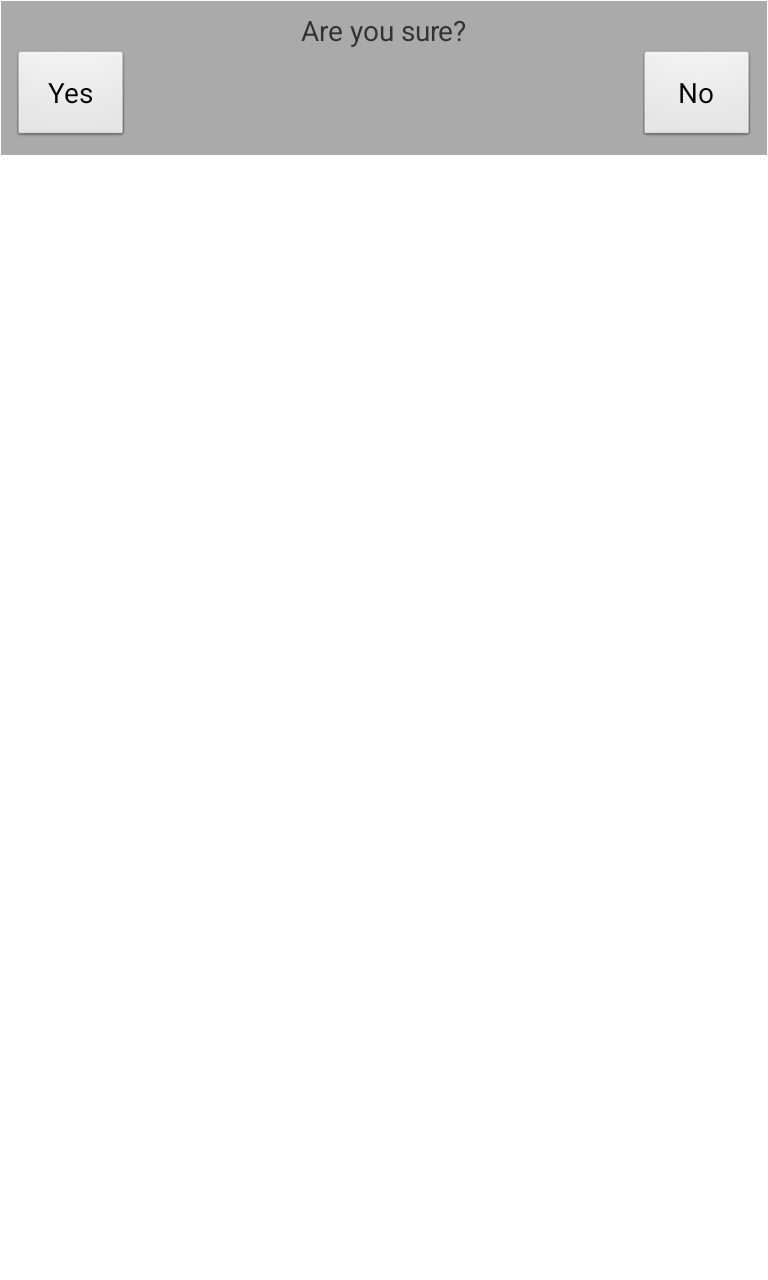
Repository: jwisch91/CS390-Project
Layout: workspace/testing/res/layout/confirmation_popup.xml
These files come from the project's save history. The layout is drawn as it stood at one moment and after the next save; the edit follows.
It is drawn on a 768 x 1280 px phone screen (xhdpi) without system bars, with theme android:Theme.Light; the app's code is not run.

Above is the layout before, as saved 2013-04-12 02:23:53.

### workspace/testing/res/layout/confirmation_popup.xml
<?xml version="1.0" encoding="utf-8"?>
<LinearLayout xmlns:android="http://schemas.android.com/apk/res/android"
    android:layout_width="140dp"
    android:layout_height="200dp"
    android:orientation="vertical"
    android:background="@android:color/background_light">
 <LinearLayout
     android:layout_width="wrap_content"
     android:layout_height="wrap_content"
     android:orientation="vertical"
     android:layout_margin=".5dp"
     android:background="@android:color/darker_gray">

    <RelativeLayout
        android:layout_width="wrap_content"
      android:layout_height="wrap_content"
      android:orientation="vertical"
      android:layout_margin="5dp">

        <Button
            android:id="@+id/reregister_yes"
            android:layout_width="60dp"
            android:layout_height="wrap_content"
            android:layout_below="@+id/reregister_top"
            android:layout_alignParentLeft="true"
            android:layout_gravity="bottom"
            android:text="Yes" />

        <Button
            android:id="@+id/reregister_no"
            android:layout_width="60dp"
            android:layout_height="wrap_content"
            android:layout_below="@+id/reregister_top"
            android:layout_alignParentRight="true"
            android:layout_gravity="bottom"
            android:text="No" />

        <TextView
            android:id="@+id/reregister_top"
            android:layout_width="wrap_content"
            android:layout_height="wrap_content"
            android:layout_alignParentTop="true"
            android:layout_centerHorizontal="true"
            android:text="Are you sure?" />

    </RelativeLayout>
</LinearLayout>
</LinearLayout>

After the next save:
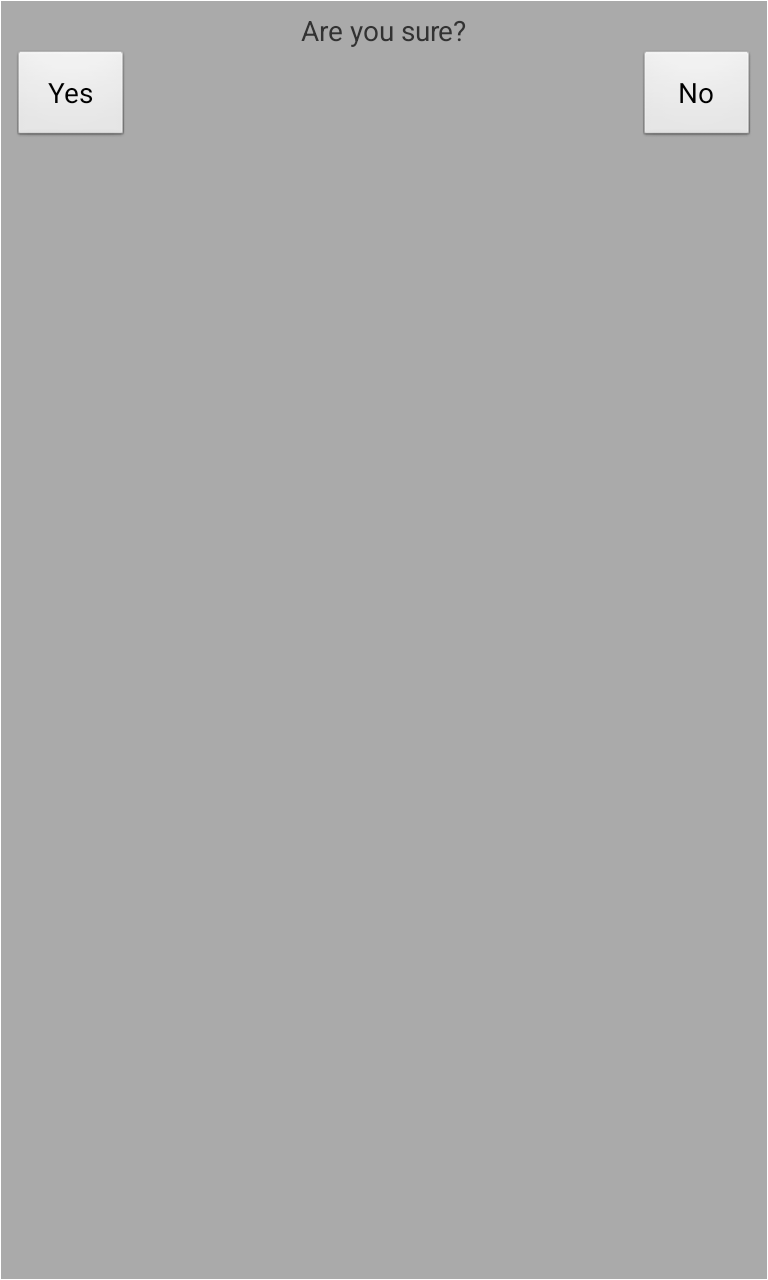
Saved 18 s later.
--- a/workspace/testing/res/layout/confirmation_popup.xml
+++ b/workspace/testing/res/layout/confirmation_popup.xml
@@ -5,14 +5,14 @@
     android:orientation="vertical"
     android:background="@android:color/background_light">
  <LinearLayout
-     android:layout_width="wrap_content"
-     android:layout_height="wrap_content"
+     android:layout_width="fill_parent"
+     android:layout_height="fill_parent"
      android:orientation="vertical"
      android:layout_margin=".5dp"
      android:background="@android:color/darker_gray">
 
     <RelativeLayout
-        android:layout_width="wrap_content"
+      android:layout_width="wrap_content"
       android:layout_height="wrap_content"
       android:orientation="vertical"
       android:layout_margin="5dp">

After the save that followed:
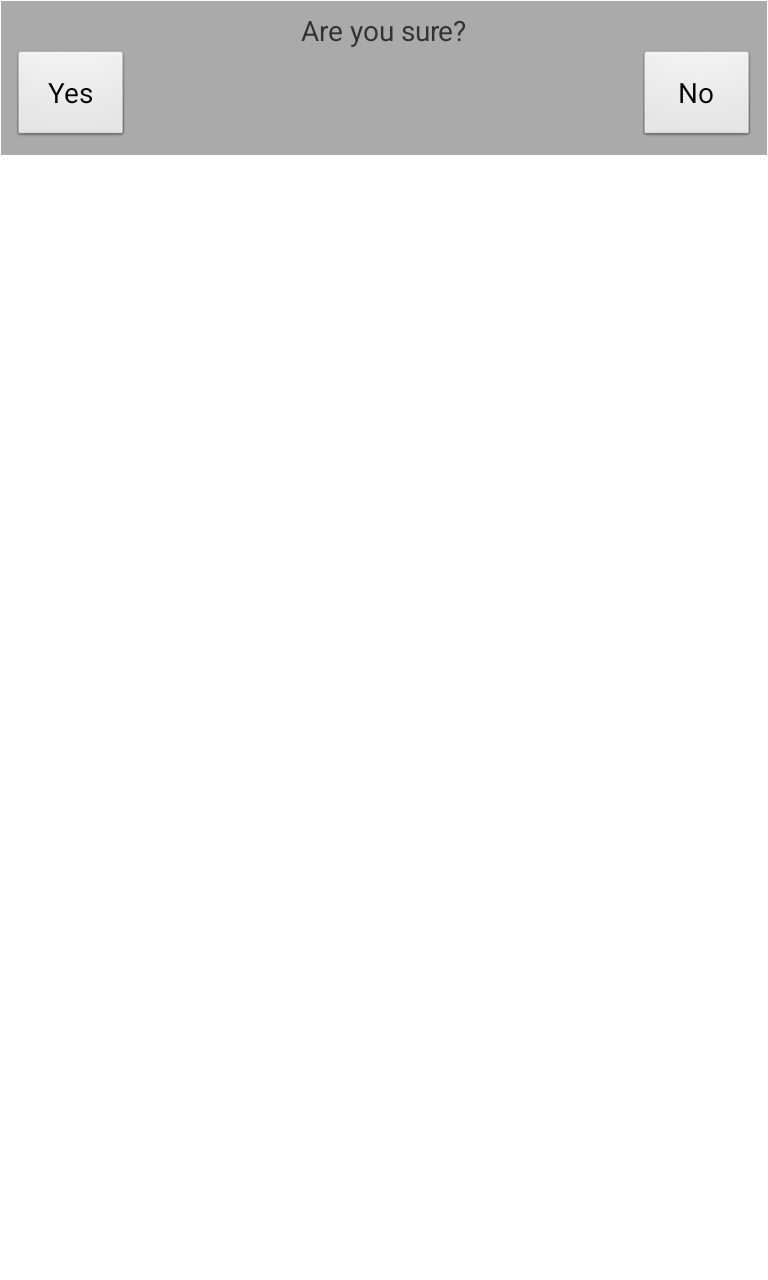
Saved 20 s later.
--- a/workspace/testing/res/layout/confirmation_popup.xml
+++ b/workspace/testing/res/layout/confirmation_popup.xml
@@ -5,8 +5,8 @@
     android:orientation="vertical"
     android:background="@android:color/background_light">
  <LinearLayout
-     android:layout_width="fill_parent"
-     android:layout_height="fill_parent"
+     android:layout_width="wrap_content"
+     android:layout_height="wrap_content"
      android:orientation="vertical"
      android:layout_margin=".5dp"
      android:background="@android:color/darker_gray">
